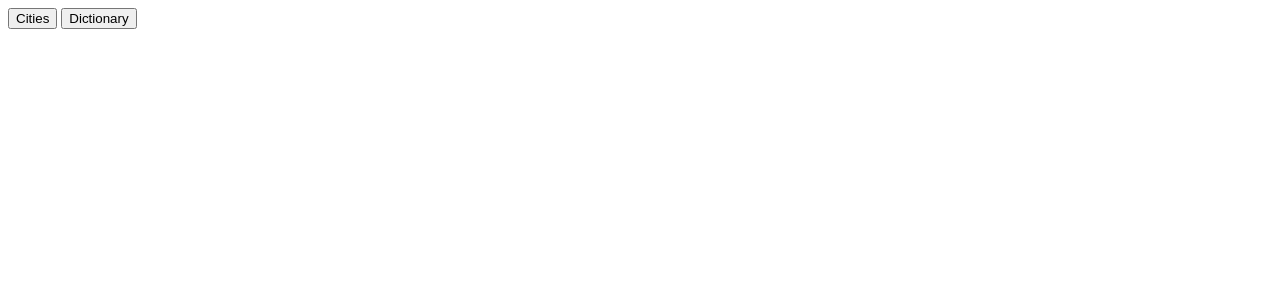
Repository: joshclement0/allHtml
Page: httpsnode/owl/public/owl.html
The author's editor kept a record of every edit. The page is drawn from the files as they stood at one moment, then again after the next edit.
The browser window is 1280 px wide. The pictures show the whole page.
Some web libraries are served in a nearby version.

Above is the page before.

After the next edit:
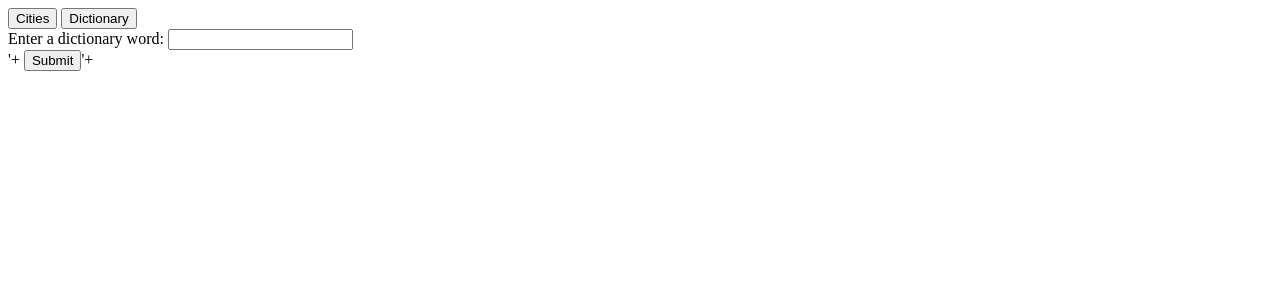
The edit:
--- a/httpsnode/owl/public/owl.html
+++ b/httpsnode/owl/public/owl.html
@@ -13,6 +13,11 @@
     <main>
         <span id="beginning"></span>
         <div id="dictionary">
+            <form>
+                Enter a dictionary word: <input type="text" id="owlform" value=""><br>'+
+                <button id="owlbutton" type="submit">Submit</button>'+
+                </form>
+                <span id="owldef"></span>
         </div>
         <div id="city">
         </div>
